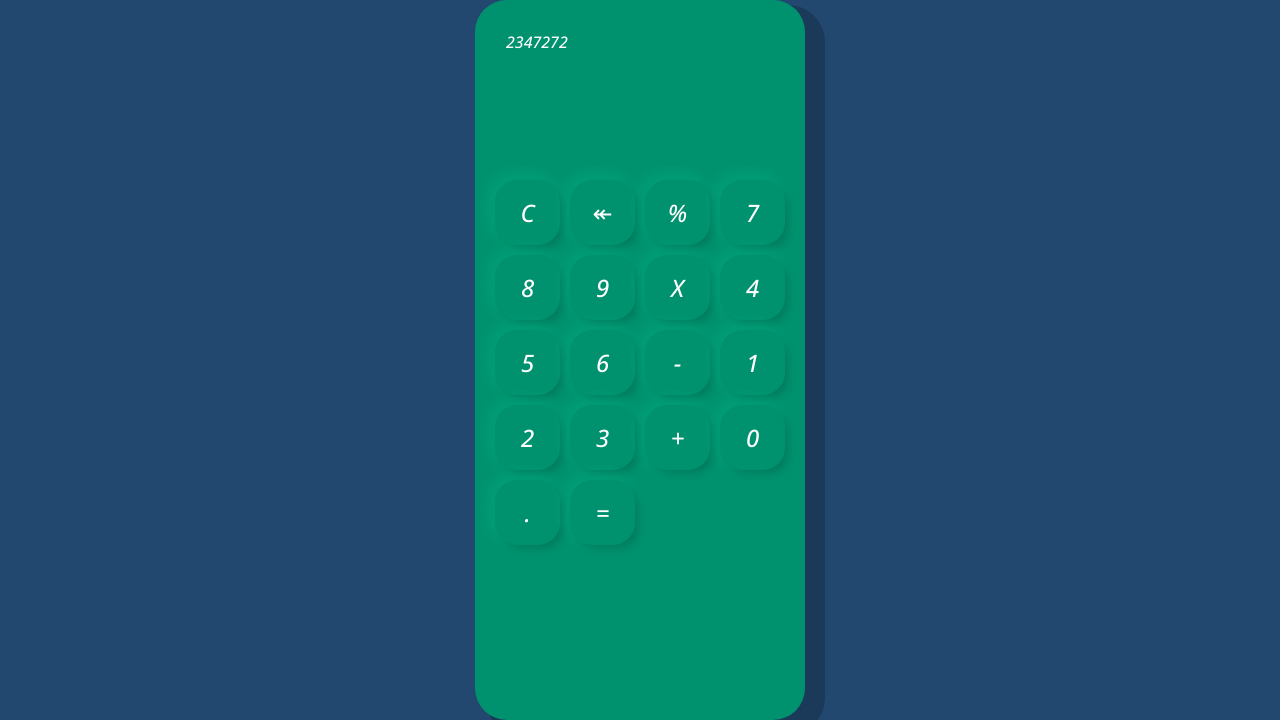
Repository: jhonenmanuel1/javaScript-calculator
Page: src/index.html
These files come from the project's save history. The page is drawn as it stood at one moment and after the next save; the edit follows.
The browser window is 1280 px wide. The pictures show the whole page.

Above is the page before, as saved 2022-08-02 23:37:14.

After the next save:
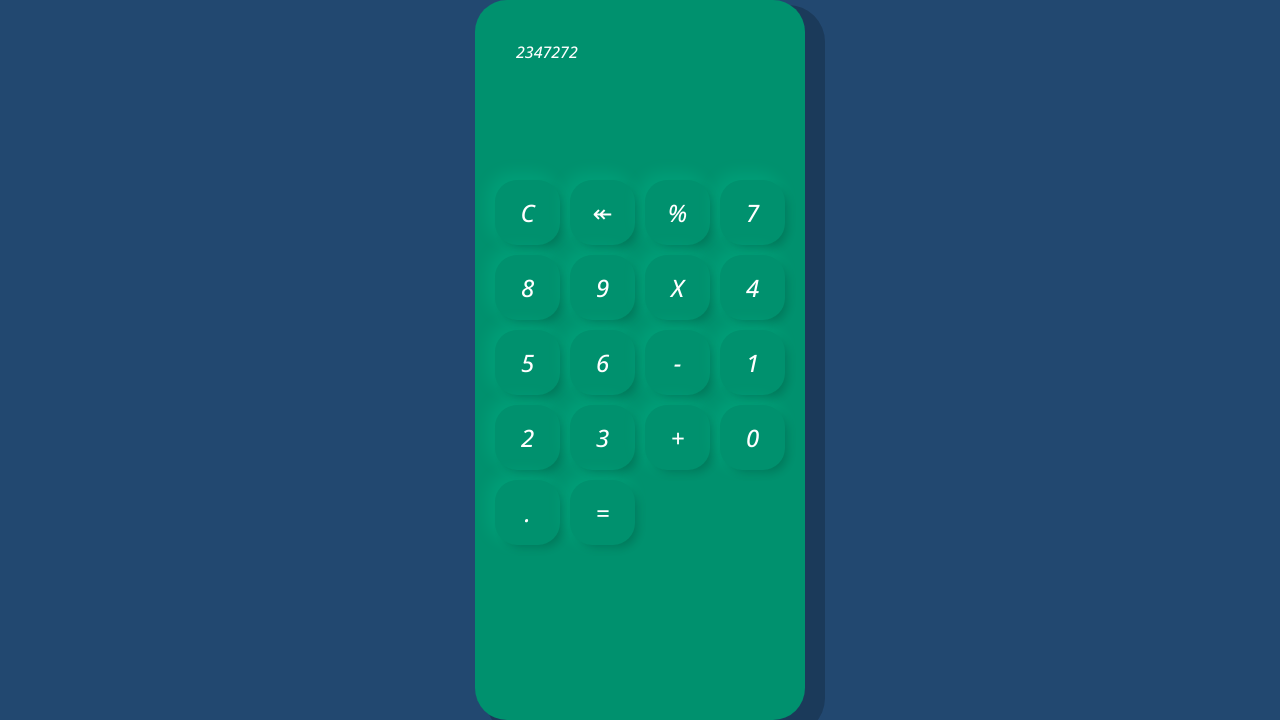
Saved 13 s later.
--- a/src/styles.css
+++ b/src/styles.css
@@ -40,4 +40,5 @@ button:active{
     grid-column: 1 / -1 ;
     padding: 16px;
     display: flex;
+    margin: 10px 10px 20px;
 }
